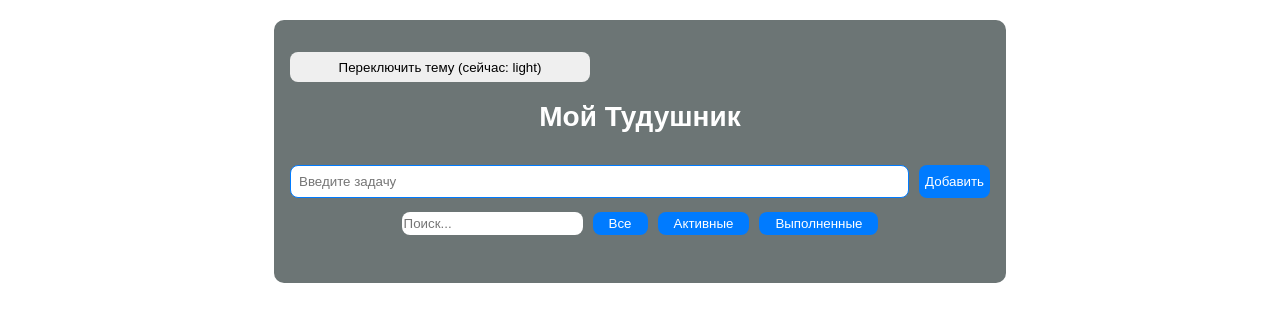
Repository: AlekCawka/-todo-project
Page: /
The author's editor kept a copy of each file at every save. The page is drawn from the files as they stood at one save, then again after a run of saves.
The browser window is 1280 px wide. The pictures show the whole page.
The project was rebuilt for these pictures with package versions that can differ from the ones it lists, and the page was loaded fresh each time. Also part of the build but not shown: vite.config.js.

Above is the page before, as saved 2025-08-12 17:22:09.

After the next 2 saves:
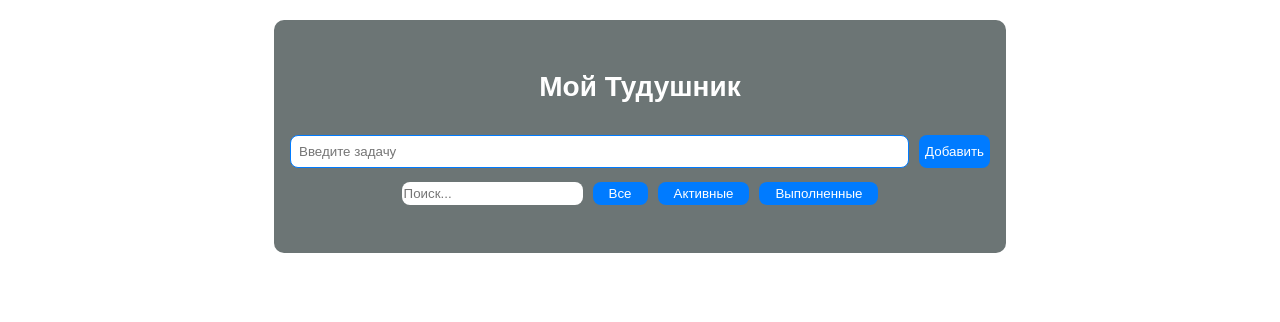
The 2 saves are shown as one change because 1 did not build or start.
The last was saved 17 s later.
--- a/src/App.jsx
+++ b/src/App.jsx
@@ -47,11 +47,6 @@
 
   return (
     <div className="container">
-      <div>
-        <button onClick={toggleTheme} className='toggleTheme'>
-          Переключить тему (сейчас: {theme})
-        </button>
-      </div>
       <h1 className="title">Мой Тудушник</h1>
 
       <div className="form">

After the save that followed:
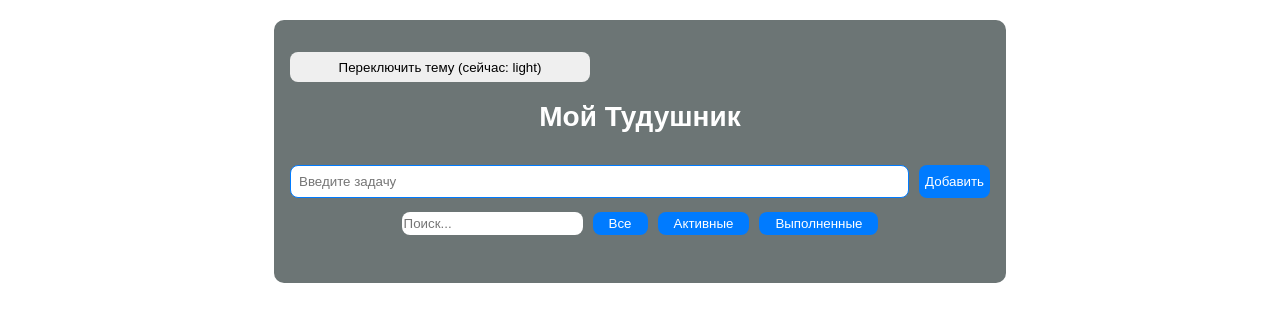
Saved 4 s later.
--- a/src/App.jsx
+++ b/src/App.jsx
@@ -47,6 +47,11 @@
 
   return (
     <div className="container">
+      <div>
+        <button onClick={toggleTheme} className='toggleTheme'>
+          Переключить тему (сейчас: {theme})
+        </button>
+      </div>
       <h1 className="title">Мой Тудушник</h1>
 
       <div className="form">
